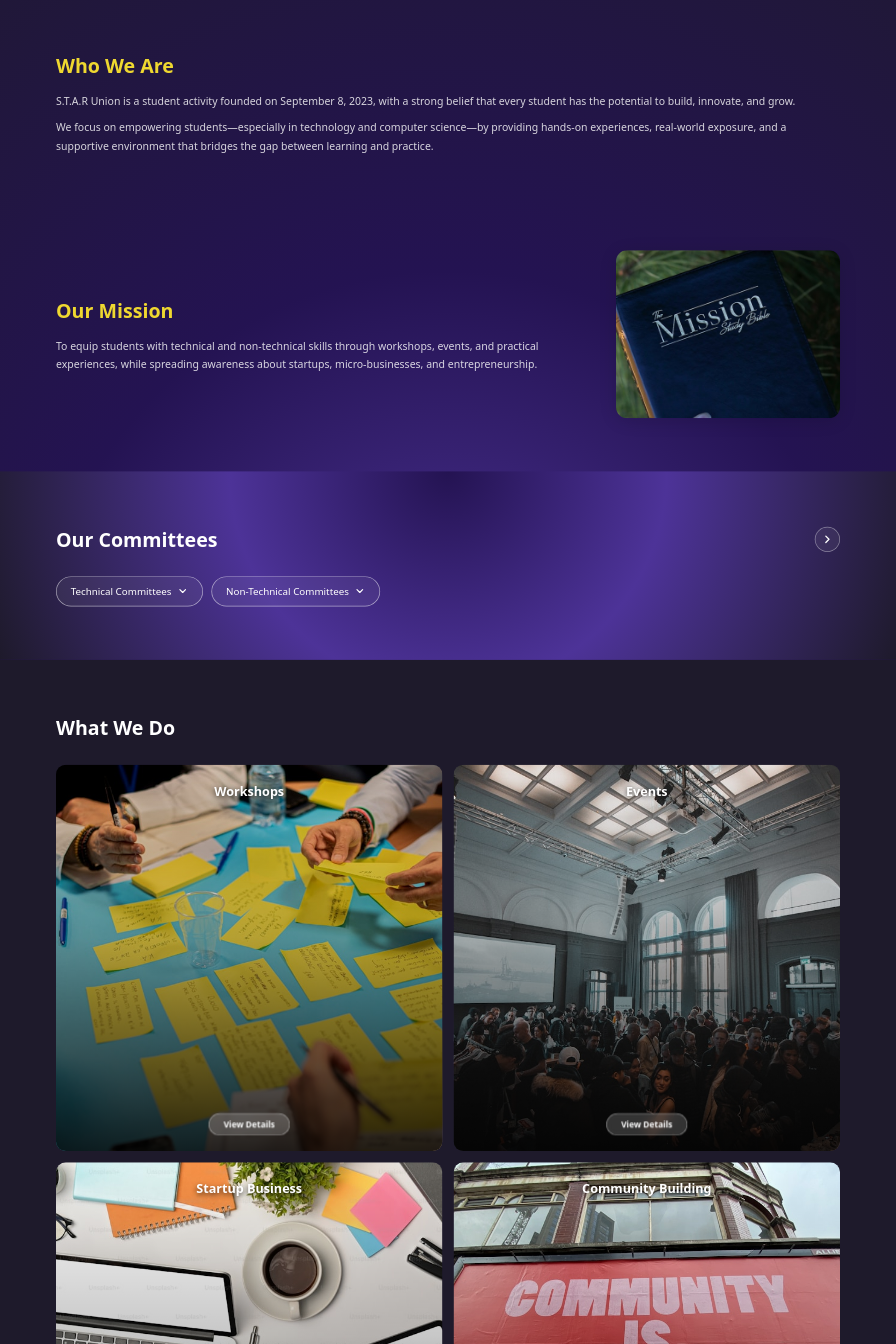
Repository: Frontend-Committee/StarUnion-Website
Page: /about
These files come from the project's save history. The page is drawn as it stood at one moment and after a run of saves; the edit follows.
The browser window is 1280 px wide. The pictures show the part of the page from y = 398 to 2318 px (the page is 2904 px tall before and 2352 px after), at 70% of full size.
The project was rebuilt for these pictures with package versions that can differ from the ones it lists, and the page was loaded fresh each time. Also part of the build but not shown: vite.config.js, src/features/home/pages/HomePage.jsx.

Above is the page before, as saved 2026-02-25 05:45:02.

After the next 2 saves:
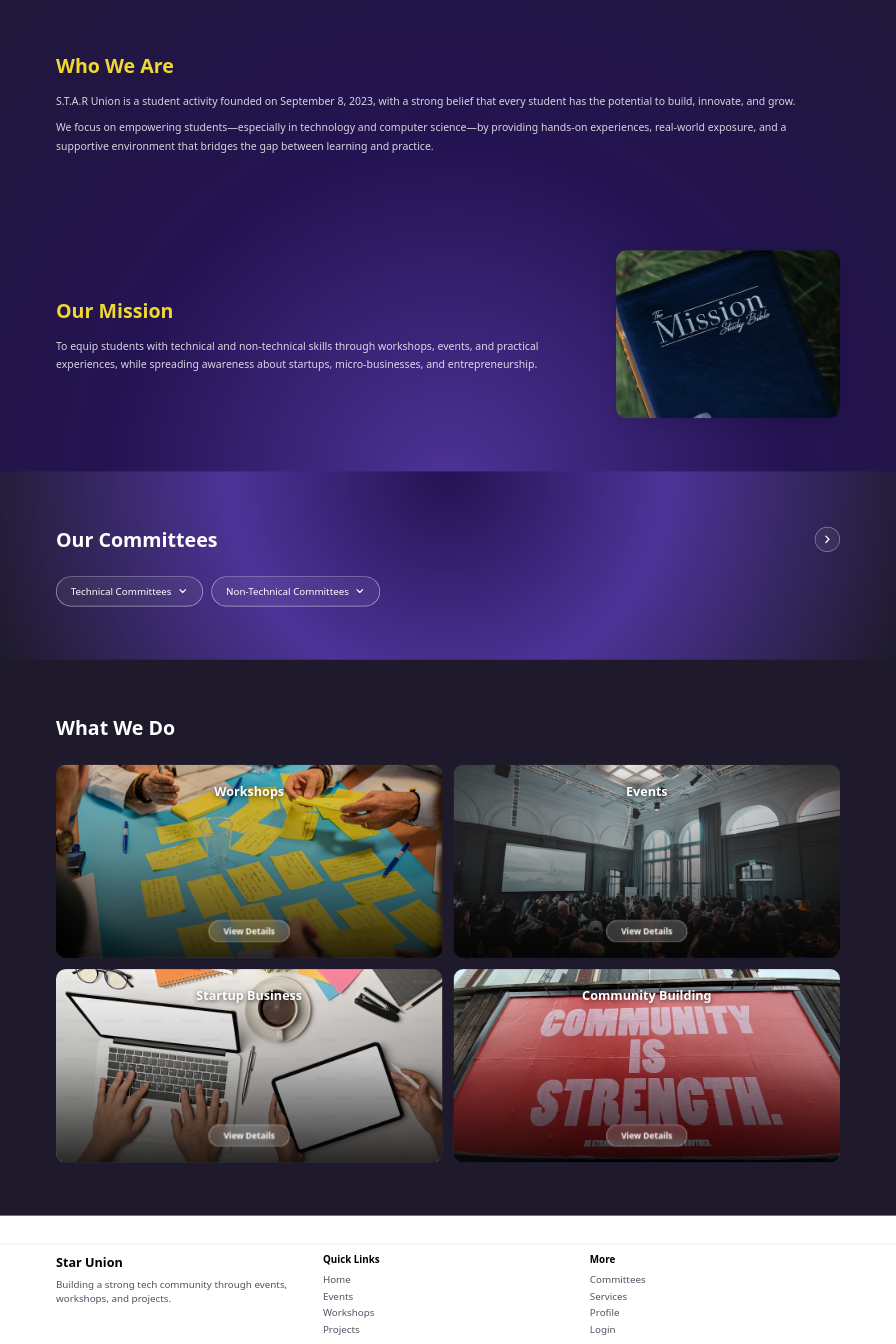
The 2 saves are shown as one change because they came seconds apart.
The last was saved 25 s later.
--- a/src/features/about/pages/AboutUsPage.jsx
+++ b/src/features/about/pages/AboutUsPage.jsx
@@ -155,7 +155,7 @@ function ActivityCard({ image, title }) {
         position: "relative",
         overflow: "hidden",
         borderRadius: "14px",
-        aspectRatio: "1 / 1",
+        aspectRatio: "1 / 0.5",
         cursor: "pointer",
       }}
       className="group"
